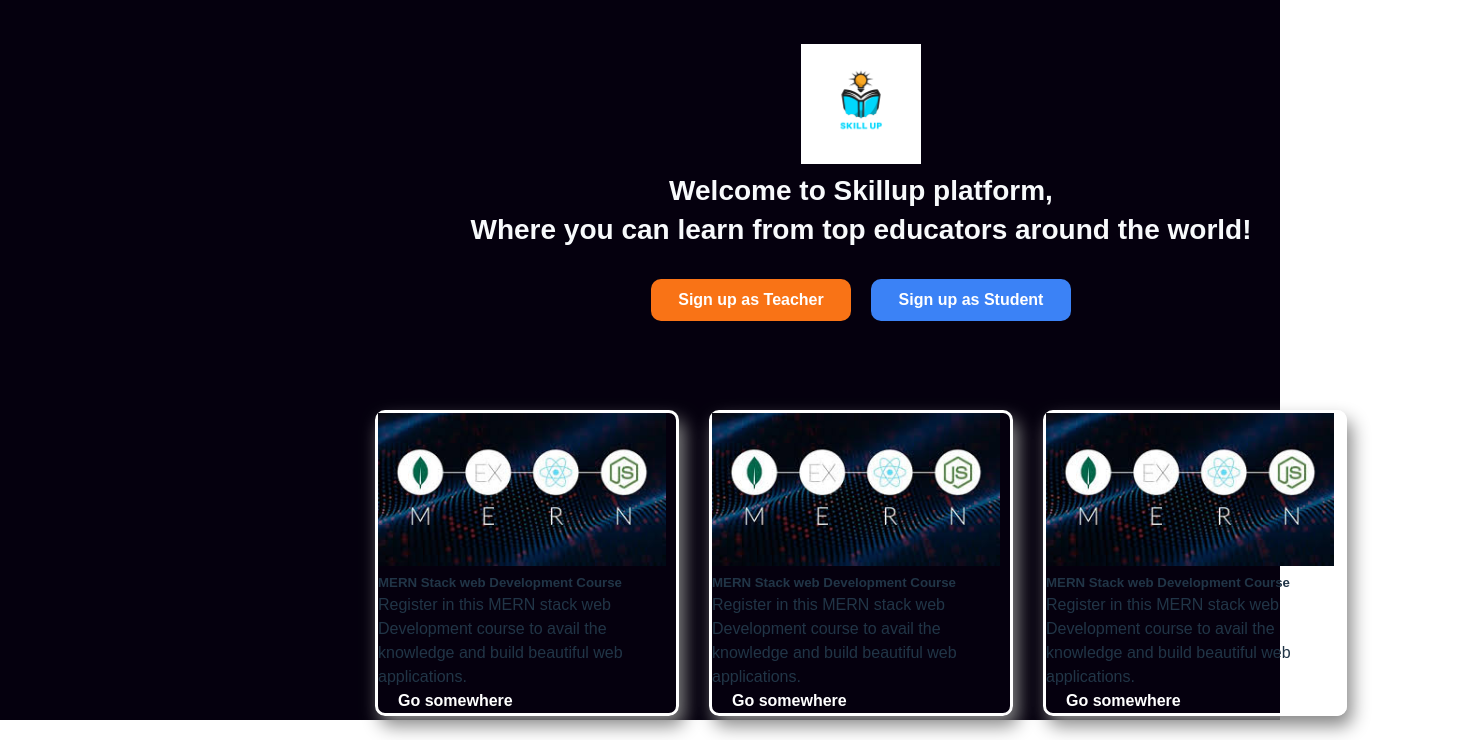
Repository: gowtham-jo/Learning-Management-System
Page: /
The author's editor kept a copy of each file at every save. The page is drawn from the files as they stood at one save, then again after the next save.
The browser window is 1280 px wide. The page is 1472 px wide, then 1452 px, then 1472 px, so the pictures cover 1472 px, including what lies to the right of the window. The pictures show the whole page.
The project was rebuilt for these pictures with package versions that can differ from the ones it lists, and the page was loaded fresh each time. Also part of the build but not shown: vite.config.js, src/StudentRegistration.jsx, src/TeacherRegistration.jsx.

Above is the page before, as saved 2026-01-27 20:44:17.

After the next save:
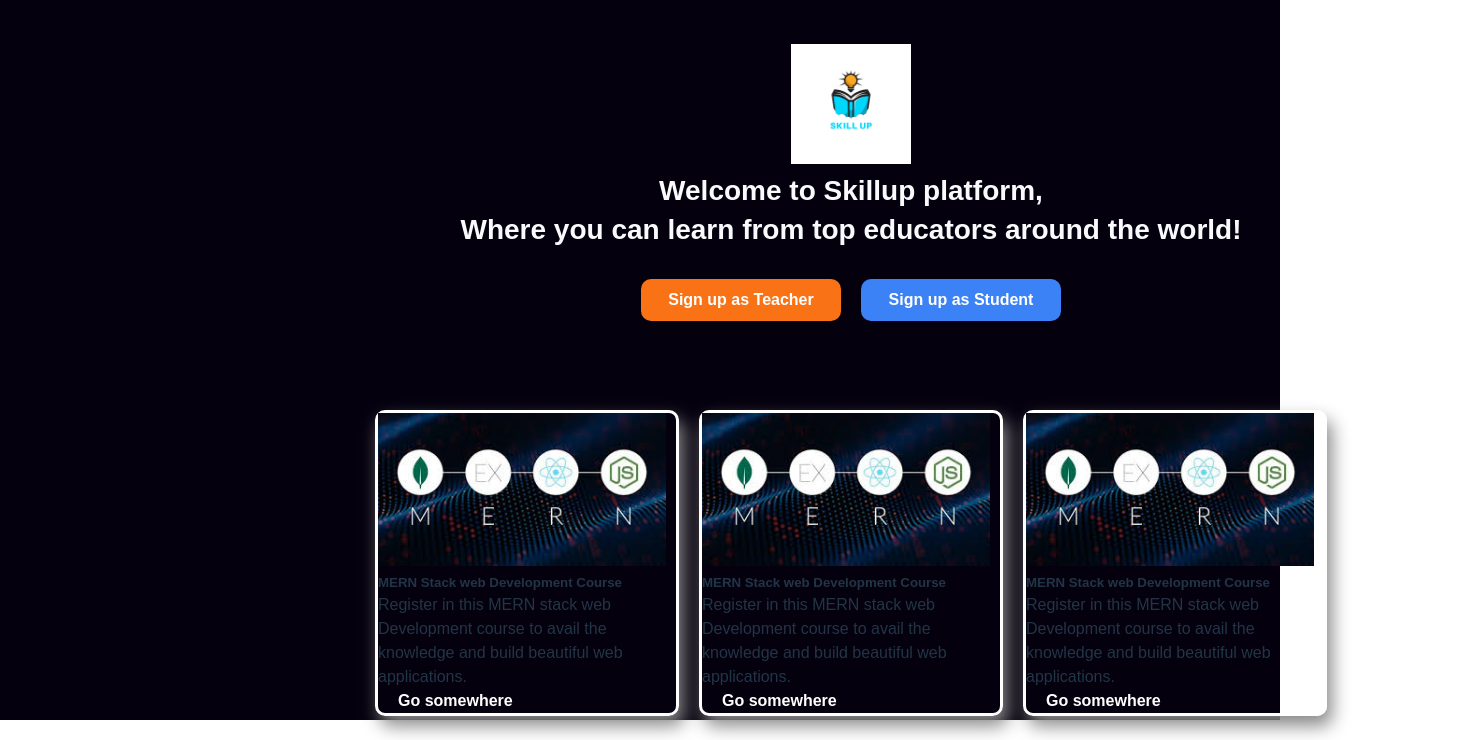
Saved 17 s later.
--- a/src/App.css
+++ b/src/App.css
@@ -72,7 +72,7 @@
 }
 .cards {
   display: flex;
-  gap: 30px;              /* space between cards */
+  gap: 20px;              /* space between cards */
   justify-content: center; /* center horizontally */
 
   margin-top: 40px;

After the save that followed:
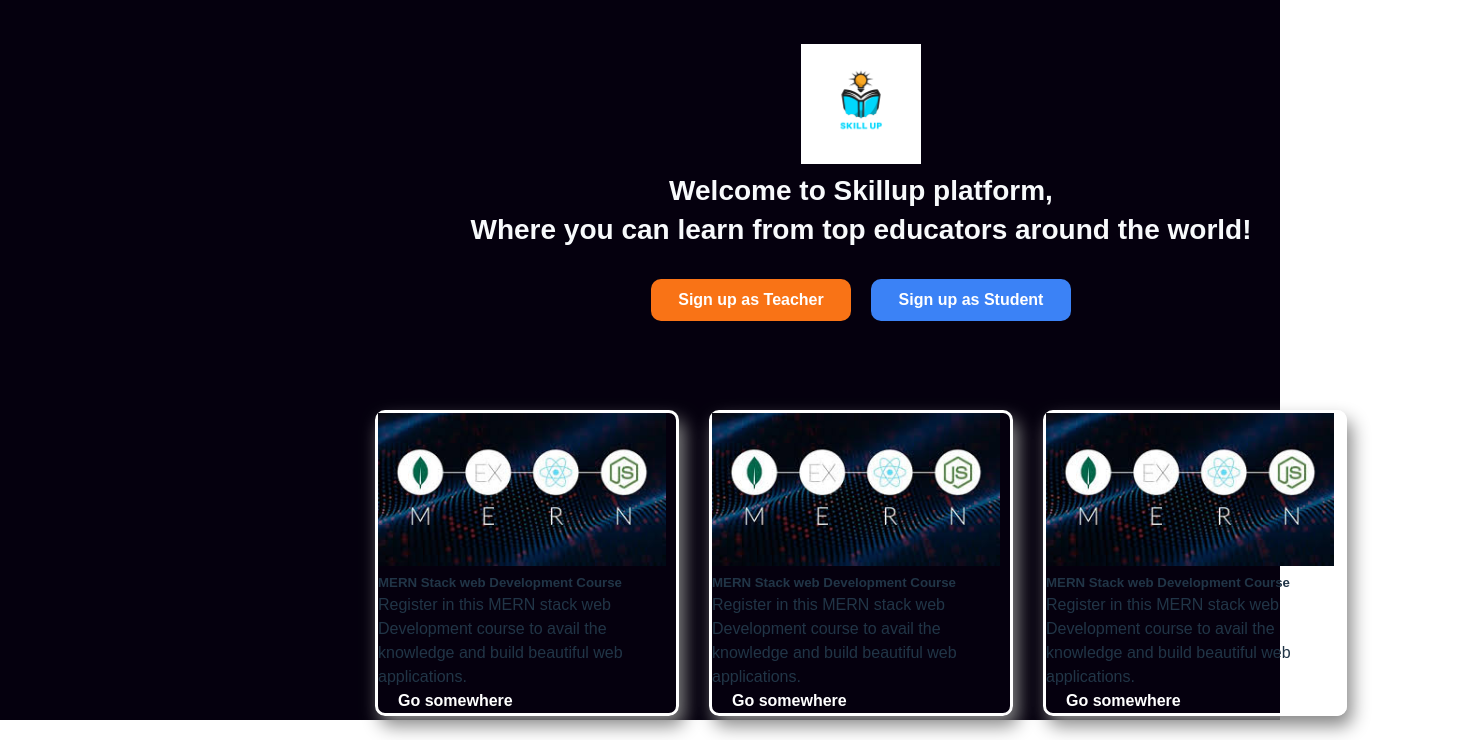
Saved 7 s later.
--- a/src/App.css
+++ b/src/App.css
@@ -72,7 +72,7 @@
 }
 .cards {
   display: flex;
-  gap: 20px;              /* space between cards */
+  gap: 30px;              /* space between cards */
   justify-content: center; /* center horizontally */
 
   margin-top: 40px;
